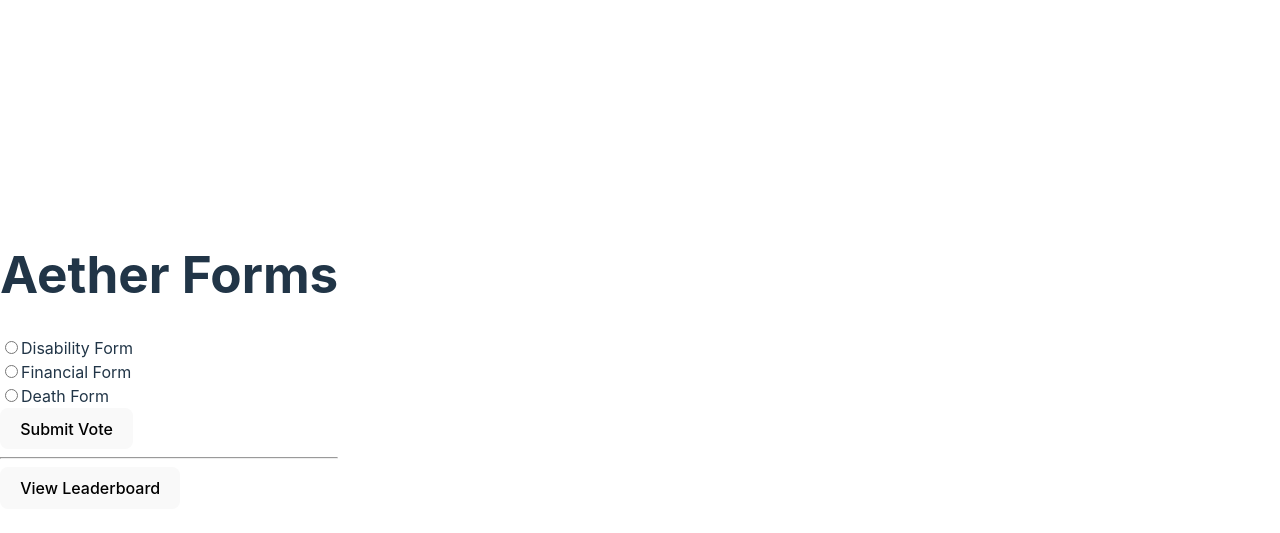
Repository: Jennica1/Aether-Top-Forms
Page: / (app in form-leaderboard-frontend/)
The author's editor kept a copy of each file at every save. The page is drawn from the files as they stood at one save, then again after the next save.
The browser window is 1280 px wide. The pictures show the whole page.
The page's requests for data from a server got no answer. The project was rebuilt for these pictures with package versions that can differ from the ones it lists, and the page was loaded fresh each time. No one was signed in, and anything a server would have sent is missing. Also part of the build but not shown: form-leaderboard-frontend/vite.config.js.

Above is the page before, as saved 2024-11-26 17:18:59.

After the next save:
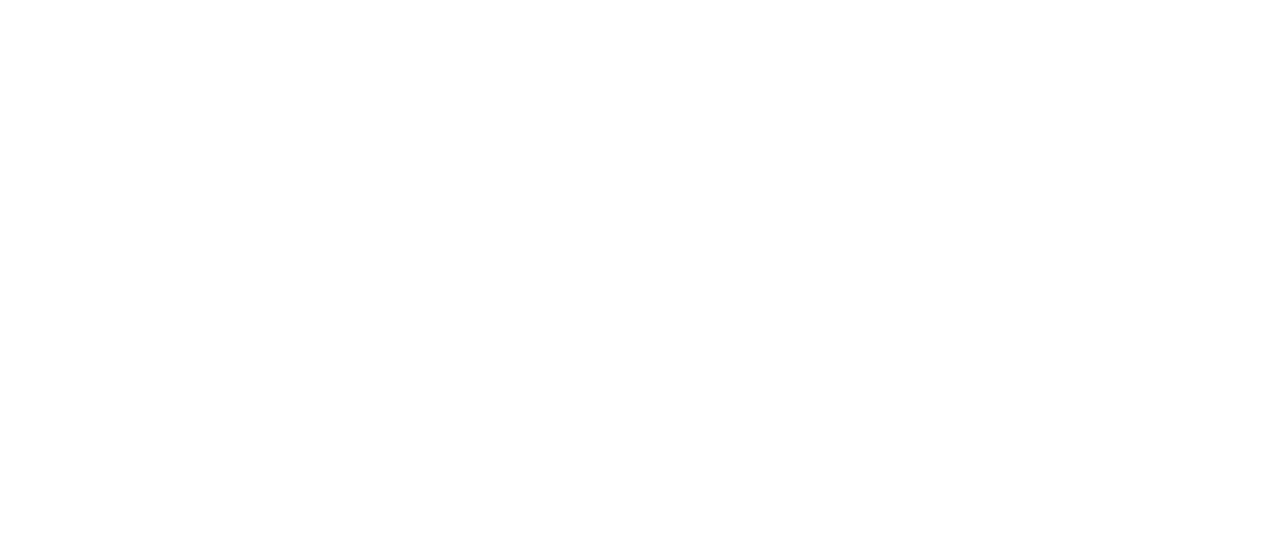
Console error: ReferenceError: descriptions is not defined
Saved 57 s later.
--- a/form-leaderboard-frontend/src/components/VotingForm.jsx
+++ b/form-leaderboard-frontend/src/components/VotingForm.jsx
@@ -4,7 +4,6 @@
 const VotingForm = () => {
   const [formType, setFormType] = useState("");
   const [description, setDescription] = useState("");
-  const [descriptions, setDescriptions] = useState({}); // Store all form descriptions
 
   // Fetch form descriptions when the component mounts
   useEffect(() => {

After the save that followed:
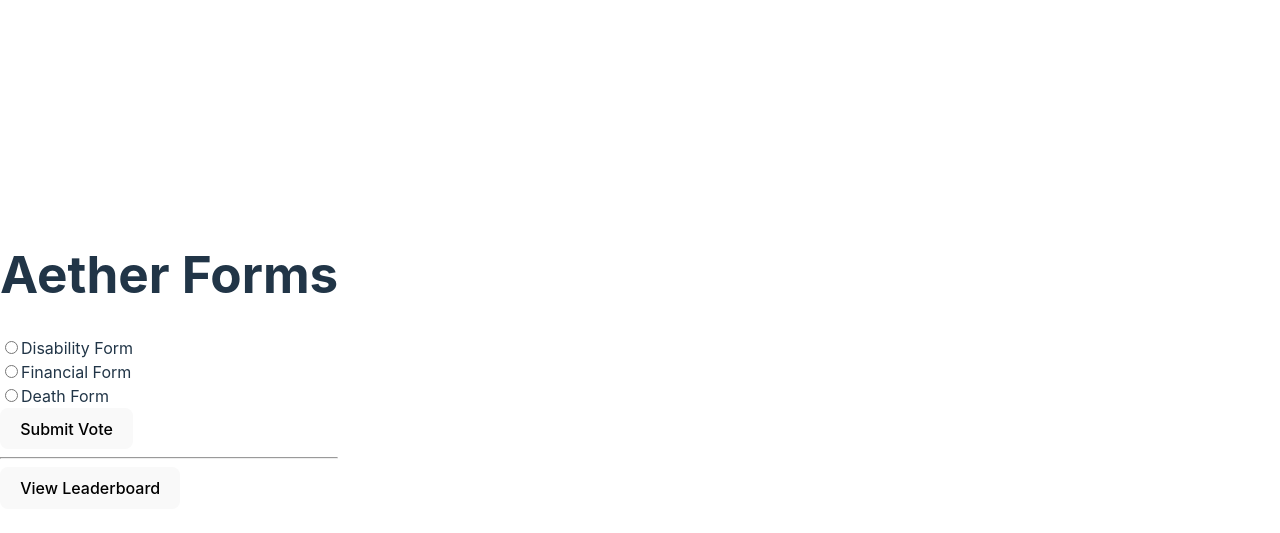
The error is gone.
Saved 4 min 8 s later.
--- a/form-leaderboard-frontend/src/components/VotingForm.jsx
+++ b/form-leaderboard-frontend/src/components/VotingForm.jsx
@@ -4,6 +4,7 @@
 const VotingForm = () => {
   const [formType, setFormType] = useState("");
   const [description, setDescription] = useState("");
+  const [descriptions, setDescriptions] = useState({}); // Store all form descriptions
 
   // Fetch form descriptions when the component mounts
   useEffect(() => {
